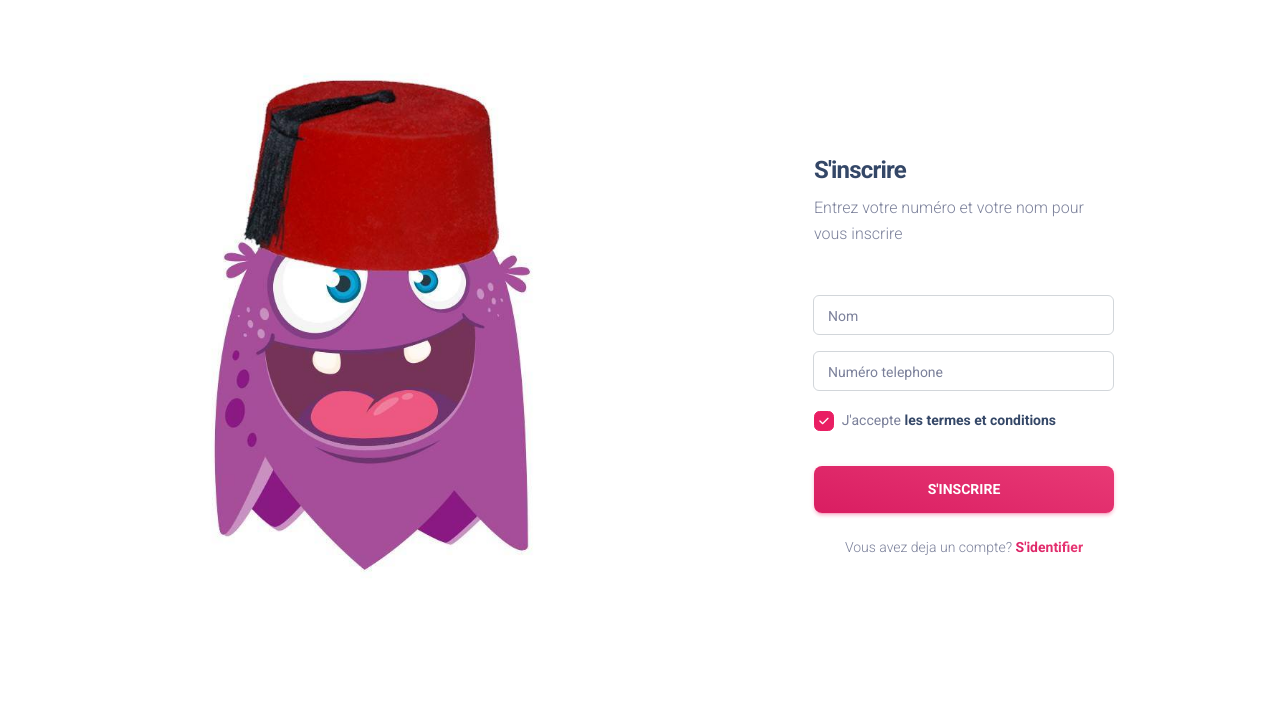
Repository: mohamedaliamri/atlasweb
Page: http://localhost/atlasweb/material-dashboard-master/pages/sign-up.jsp
These files come from the project's save history. The page is drawn as it stood at one moment and after the next save; the edit follows.
The browser window is 1280 px wide. The pictures show the whole page.
Some web libraries are served in a nearby version. The page is served by Tomcat 9. Other server files are loaded and not shown.

Above is the page before, as saved 2022-04-09 19:57:24.

### atlasweb/src/main/webapp/material-dashboard-master/pages/sign-up.jsp
<%@ page language="java" contentType="text/html; charset=UTF-8"
    pageEncoding="UTF-8"%>

<!DOCTYPE html>
<html lang="en">

<head>
  <meta charset="utf-8" />
  <meta name="viewport" content="width=device-width, initial-scale=1, shrink-to-fit=no">
  <link rel="apple-touch-icon" sizes="76x76" href="../assets/img/apple-icon.png">
  <link rel="icon" type="image/png" href="../assets/img/favicon.png">
  <title>
    ATLAS WORLD
  </title>
  <!--     Fonts and icons     -->
  <link rel="stylesheet" type="text/css" href="https://fonts.googleapis.com/css?family=Roboto:300,400,500,700,900|Roboto+Slab:400,700" />
  <!-- Nucleo Icons -->
  <link href="../assets/css/nucleo-icons.css" rel="stylesheet" />
  <link href="../assets/css/nucleo-svg.css" rel="stylesheet" />
  <!-- Font Awesome Icons -->
  <script src="https://kit.fontawesome.com/42d5adcbca.js" crossorigin="anonymous"></script>
  <!-- Material Icons -->
  <link href="https://fonts.googleapis.com/icon?family=Material+Icons+Round" rel="stylesheet">
  <!-- CSS Files -->
  <link id="pagestyle" href="../assets/css/material-dashboard.css?v=3.0.1" rel="stylesheet" />
</head>

<body class="">
  <div class="container position-sticky z-index-sticky top-0">
    <div class="row">
      <div class="col-12">
      </div>
    </div>
  </div>
  <main class="main-content  mt-0">
    <section>
      <div class="page-header min-vh-100">
        <div class="container">
          <div class="row">
            <div class="col-6 d-lg-flex d-none h-100 my-auto pe-0 position-absolute top-0 start-0 text-center justify-content-center flex-column">
              <div class="position-relative bg-gradient-primary h-100 m-3 px-7 border-radius-lg d-flex flex-column justify-content-center" style="background-image: url('../assets/img/illustrations/signup.jpg'); background-size: cover;">
              </div>
            </div>
            <div class="col-xl-4 col-lg-5 col-md-7 d-flex flex-column ms-auto me-auto ms-lg-auto me-lg-5">
              <div class="card card-plain">
                <div class="card-header">
                  <h4 class="font-weight-bolder">S'inscrire</h4>
                  <p class="mb-0">Entrez votre numéro et votre nom pour vous inscrire</p>
                </div>
                <div class="card-body">
                  <form role="form" method="post" action="http://localhost:8080/atlasweb/add">
                    <div class="input-group input-group-outline mb-3">
                      <label class="form-label">Nom</label>
                      <input type="text" class="form-control" name="name">
                    </div>
                    <div class="input-group input-group-outline mb-3">
                      <label class="form-label">Numéro telephone</label>
                      <input type="text" class="form-control" maxlength="8" name="phonenumber">
                    </div>
                    <div class="form-check form-check-info text-start ps-0">
                      <input class="form-check-input" type="checkbox" value="" id="flexCheckDefault" checked>
                      <label class="form-check-label" for="flexCheckDefault">
                        J'accepte <a href="javascript:;" class="text-dark font-weight-bolder">les termes et conditions</a>
                      </label>
                    </div>
                    <div class="text-center">
                      <button type="submit" class="btn btn-lg bg-gradient-primary btn-lg w-100 mt-4 mb-0" name="method" value="signup">S'inscrire</button>
                    </div>
                  </form>
                </div>
                <div class="card-footer text-center pt-0 px-lg-2 px-1">
                  <p class="mb-2 text-sm mx-auto">
                    Vous avez deja un compte?
                    <a href="../pages/sign-in.jsp" class="text-primary text-gradient font-weight-bold">S'identifier</a>
                  </p>
                </div>
              </div>
            </div>
          </div>
        </div>
      </div>
    </section>
  </main>
  <!--   Core JS Files   -->
  <script src="../assets/js/core/popper.min.js"></script>
  <script src="../assets/js/core/bootstrap.min.js"></script>
  <script src="../assets/js/plugins/perfect-scrollbar.min.js"></script>
  <script src="../assets/js/plugins/smooth-scrollbar.min.js"></script>
  <script>
    var win = navigator.platform.indexOf('Win') > -1;
    if (win && document.querySelector('#sidenav-scrollbar')) {
      var options = {
        damping: '0.5'
      }
      Scrollbar.init(document.querySelector('#sidenav-scrollbar'), options);
    }
  </script>
  <!-- Github buttons -->
  <script async defer src="https://buttons.github.io/buttons.js"></script>
  <!-- Control Center for Material Dashboard: parallax effects, scripts for the example pages etc -->
  <script src="../assets/js/material-dashboard.min.js?v=3.0.1"></script>
</body>

</html>

### atlasweb/src/main/webapp/material-dashboard-master/assets/css/nucleo-icons.css
/*--------------------------------

hermes-dashboard-icons Web Font - built using nucleoapp.com
License - nucleoapp.com/license/

-------------------------------- */
@font-face {
  font-family: 'NucleoIcons';
  src: url('../fonts/nucleo-icons.eot');
  src: url('../fonts/nucleo-icons.eot') format('embedded-opentype'), url('../fonts/nucleo-icons.woff2') format('woff2'), url('../fonts/nucleo-icons.woff') format('woff'), url('../fonts/nucleo-icons.ttf') format('truetype'), url('../fonts/nucleo-icons.svg') format('svg');
  font-weight: normal;
  font-style: normal;
}

/*------------------------
    base class definition
-------------------------*/
.ni {
  display: inline-block;
  font: normal normal normal 14px/1 NucleoIcons;
  font-size: inherit;
  text-rendering: auto;
  -webkit-font-smoothing: antialiased;
  -moz-osx-font-smoothing: grayscale;
}

/*------------------------
  change icon size
-------------------------*/
.ni-lg {
  font-size: 1.33333333em;
  line-height: 0.75em;
  vertical-align: -15%;
}

.ni-2x {
  font-size: 2em;
}

.ni-3x {
  font-size: 3em;
}

.ni-4x {
  font-size: 4em;
}

.ni-5x {
  font-size: 5em;
}

/*----------------------------------
  add a square/circle background
-----------------------------------*/
.ni.square,
.ni.circle {
  padding: 0.33333333em;
  vertical-align: -16%;
  background-color: #eee;
}

.ni.circle {
  border-radius: 50%;
}

/*------------------------
  list icons
-------------------------*/
.ni-ul {
  padding-left: 0;
  margin-left: 2.14285714em;
  list-style-type: none;
}

.ni-ul>li {
  position: relative;
}

.ni-ul>li>.ni {
  position: absolute;
  left: -1.57142857em;
  top: 0.14285714em;
  text-align: center;
}

.ni-ul>li>.ni.lg {
  top: 0;
  left: -1.35714286em;
}

.ni-ul>li>.ni.circle,
.ni-ul>li>.ni.square {
  top: -0.19047619em;
  left: -1.9047619em;
}

/*------------------------
  spinning icons
-------------------------*/
.ni.spin {
  -webkit-animation: nc-spin 2s infinite linear;
  -moz-animation: nc-spin 2s infinite linear;
  animation: nc-spin 2s infinite linear;
}

@-webkit-keyframes nc-spin {
  0% {
    -webkit-transform: rotate(0deg);
  }

  100% {
    -webkit-transform: rotate(360deg);
  }
}

@-moz-keyframes nc-spin {
  0% {
    -moz-transform: rotate(0deg);
  }

  100% {
    -moz-transform: rotate(360deg);
  }
}

@keyframes nc-spin {
  0% {
    -webkit-transform: rotate(0deg);
    -moz-transform: rotate(0deg);
    -ms-transform: rotate(0deg);
    -o-transform: rotate(0deg);
    transform: rotate(0deg);
  }

  100% {
    -webkit-transform: rotate(360deg);
    -moz-transform: rotate(360deg);
    -ms-transform: rotate(360deg);
    -o-transform: rotate(360deg);
    transform: rotate(360deg);
  }
}

/*------------------------
  rotated/flipped icons
-------------------------*/
.ni.rotate-90 {
  filter: progid:DXImageTransform.Microsoft.BasicImage(rotation=1);
  -webkit-transform: rotate(90deg);
  -moz-transform: rotate(90deg);
  -ms-transform: rotate(90deg);
  -o-transform: rotate(90deg);
  transform: rotate(90deg);
}

.ni.rotate-180 {
  filter: progid:DXImageTransform.Microsoft.BasicImage(rotation=2);
  -webkit-transform: rotate(180deg);
  -moz-transform: rotate(180deg);
  -ms-transform: rotate(180deg);
  -o-transform: rotate(180deg);
  transform: rotate(180deg);
}

.ni.rotate-270 {
  filter: progid:DXImageTransform.Microsoft.BasicImage(rotation=3);
  -webkit-transform: rotate(270deg);
  -moz-transform: rotate(270deg);
  -ms-transform: rotate(270deg);
  -o-transform: rotate(270deg);
  transform: rotate(270deg);
}

.ni.flip-y {
  filter: progid:DXImageTransform.Microsoft.BasicImage(rotation=0);
  -webkit-transform: scale(-1, 1);
  -moz-transform: scale(-1, 1);
  -ms-transform: scale(-1, 1);
  -o-transform: scale(-1, 1);
  transform: scale(-1, 1);
}

.ni.flip-x {
  filter: progid:DXImageTransform.Microsoft.BasicImage(rotation=2);
  -webkit-transform: scale(1, -1);
  -moz-transform: scale(1, -1);
  -ms-transform: scale(1, -1);
  -o-transform: scale(1, -1);
  transform: scale(1, -1);
}

/*------------------------
    font icons
-------------------------*/

.ni-active-40::before {
  content: "\ea02";
}

.ni-air-baloon::before {
  content: "\ea03";
}

.ni-album-2::before {
  content: "\ea04";
}

.ni-align-center::before {
  content: "\ea05";
}

.ni-align-left-2::before {
  content: "\ea06";
}

.ni-ambulance::before {
  content: "\ea07";
}

.ni-app::before {
  content: "\ea08";
}

.ni-archive-2::before {
  content: "\ea09";
}

.ni-atom::before {
  content: "\ea0a";
}

.ni-badge::before {
  content: "\ea0b";
}

.ni-bag-17::before {
  content: "\ea0c";
}

.ni-basket::before {
  content: "\ea0d";
}

.ni-bell-55::before {
  content: "\ea0e";
}

.ni-bold-down::before {
  content: "\ea0f";
}

.ni-bold-left::before {
  content: "\ea10";
}

.ni-bold-right::before {
  content: "\ea11";
}

.ni-bold-up::before {
  content: "\ea12";
}

.ni-bold::before {
  content: "\ea13";
}

.ni-book-bookmark::before {
  content: "\ea14";
}

.ni-books::before {
  content: "\ea15";
}

.ni-box-2::before {
  content: "\ea16";
}

.ni-briefcase-24::before {
  content: "\ea17";
}

.ni-building::before {
  content: "\ea18";
}

.ni-bulb-61::before {
  content: "\ea19";
}

.ni-bullet-list-67::before {
  content: "\ea1a";
}

.ni-bus-front-12::before {
  content: "\ea1b";
}

.ni-button-pause::before {
  content: "\ea1c";
}

.ni-button-play::before {
  content: "\ea1d";
}

.ni-button-power::before {
  content: "\ea1e";
}

.ni-calendar-grid-58::before {
  content: "\ea1f";
}

.ni-camera-compact::before {
  content: "\ea20";
}

.ni-caps-small::before {
  content: "\ea21";
}

.ni-cart::before {
  content: "\ea22";
}

.ni-chart-bar-32::before {
  content: "\ea23";
}

.ni-chart-pie-35::before {
  content: "\ea24";
}

.ni-chat-round::before {
  content: "\ea25";
}

.ni-check-bold::before {
  content: "\ea26";
}

.ni-circle-08::before {
  content: "\ea27";
}

.ni-cloud-download-95::before {
  content: "\ea28";
}

.ni-cloud-upload-96::before {
  content: "\ea29";
}

.ni-compass-04::before {
  content: "\ea2a";
}

.ni-controller::before {
  content: "\ea2b";
}

.ni-credit-card::before {
  content: "\ea2c";
}

.ni-curved-next::before {
  content: "\ea2d";
}

.ni-delivery-fast::before {
  content: "\ea2e";
}

.ni-diamond::before {
  content: "\ea2f";
}

.ni-email-83::before {
  content: "\ea30";
}

.ni-fat-add::before {
  content: "\ea31";
}

.ni-fat-delete::before {
  content: "\ea32";
}

.ni-fat-remove::before {
  content: "\ea33";
}

.ni-favourite-28::before {
  content: "\ea34";
}

.ni-folder-17::before {
  content: "\ea35";
}

.ni-glasses-2::before {
  content: "\ea36";
}

.ni-hat-3::before {
  content: "\ea37";
}

.ni-headphones::before {
  content: "\ea38";
}

.ni-html5::before {
  content: "\ea39";
}

.ni-istanbul::before {
  content: "\ea3a";
}

.ni-key-25::before {
  content: "\ea3b";
}

.ni-laptop::before {
  content: "\ea3c";
}

.ni-like-2::before {
  content: "\ea3d";
}

.ni-lock-circle-open::before {
  content: "\ea3e";
}

.ni-map-big::before {
  content: "\ea3f";
}

.ni-mobile-button::before {
  content: "\ea40";
}

.ni-money-coins::before {
  content: "\ea41";
}

.ni-note-03::before {
  content: "\ea42";
}

.ni-notification-70::before {
  content: "\ea43";
}

.ni-palette::before {
  content: "\ea44";
}

.ni-paper-diploma::before {
  content: "\ea45";
}

.ni-pin-3::before {
  content: "\ea46";
}

.ni-planet::before {
  content: "\ea47";
}

.ni-ruler-pencil::before {
  content: "\ea48";
}

.ni-satisfied::before {
  content: "\ea49";
}

.ni-scissors::before {
  content: "\ea4a";
}

.ni-send::before {
  content: "\ea4b";
}

.ni-settings-gear-65::before {
  content: "\ea4c";
}

.ni-settings::before {
  content: "\ea4d";
}

.ni-single-02::before {
  content: "\ea4e";
}

.ni-single-copy-04::before {
  content: "\ea4f";
}

.ni-sound-wave::before {
  content: "\ea50";
}

.ni-spaceship::before {
  content: "\ea51";
}

.ni-square-pin::before {
  content: "\ea52";
}

.ni-support-16::before {
  content: "\ea53";
}

.ni-tablet-button::before {
  content: "\ea54";
}

.ni-tag::before {
  content: "\ea55";
}

.ni-tie-bow::before {
  content: "\ea56";
}

.ni-time-alarm::before {
  content: "\ea57";
}

.ni-trophy::before {
  content: "\ea58";
}

.ni-tv-2::before {
  content: "\ea59";
}

.ni-umbrella-13::before {
  content: "\ea5a";
}

.ni-user-run::before {
  content: "\ea5b";
}

.ni-vector::before {
  content: "\ea5c";
}

.ni-watch-time::before {
  content: "\ea5d";
}

.ni-world::before {
  content: "\ea5e";
}

.ni-zoom-split-in::before {
  content: "\ea5f";
}

.ni-collection::before {
  content: "\ea60";
}

.ni-image::before {
  content: "\ea61";
}

.ni-shop::before {
  content: "\ea62";
}

.ni-ungroup::before {
  content: "\ea63";
}

.ni-world-2::before {
  content: "\ea64";
}

.ni-ui-04::before {
  content: "\ea65";
}


/* all icon font classes list here */

### atlasweb/src/main/webapp/material-dashboard-master/assets/css/nucleo-svg.css
/* Generated using nucleoapp.com */
/* --------------------------------

Icon colors

-------------------------------- */

.icon {
  display: inline-block;
  /* icon primary color */
  color: #111111;
  height: 1em;
  width: 1em;
}

.icon use {
  /* icon secondary color - fill */
  fill: #7ea6f6;
}

.icon.icon-outline use {
  /* icon secondary color - stroke */
  stroke: #7ea6f6;
}

/* --------------------------------

Change icon size

-------------------------------- */

.icon-xs {
  height: 0.5em;
  width: 0.5em;
}

.icon-sm {
  height: 0.8em;
  width: 0.8em;
}

.icon-lg {
  height: 1.6em;
  width: 1.6em;
}

.icon-xl {
  height: 2em;
  width: 2em;
}

/* --------------------------------

Align icon and text

-------------------------------- */

.icon-text-aligner {
  /* add this class to parent element that contains icon + text */
  display: flex;
  align-items: center;
}

.icon-text-aligner .icon {
  color: inherit;
  margin-right: 0.4em;
}

.icon-text-aligner .icon use {
  color: inherit;
  fill: currentColor;
}

.icon-text-aligner .icon.icon-outline use {
  stroke: currentColor;
}

/* --------------------------------

Icon reset values - used to enable color customizations

-------------------------------- */

.icon {
  fill: currentColor;
  stroke: none;
}

.icon.icon-outline {
  fill: none;
  stroke: currentColor;
}

.icon use {
  stroke: none;
}

.icon.icon-outline use {
  fill: none;
}

/* --------------------------------

Stroke effects - Nucleo outline icons

- 16px icons -> up to 1px stroke (16px outline icons do not support stroke changes)
- 24px, 32px icons -> up to 2px stroke
- 48px, 64px icons -> up to 4px stroke

-------------------------------- */

.icon-outline.icon-stroke-1 {
  stroke-width: 1px;
}

.icon-outline.icon-stroke-2 {
  stroke-width: 2px;
}

.icon-outline.icon-stroke-3 {
  stroke-width: 3px;
}

.icon-outline.icon-stroke-4 {
  stroke-width: 4px;
}

.icon-outline.icon-stroke-1 use,
.icon-outline.icon-stroke-3 use {
  -webkit-transform: translateX(0.5px) translateY(0.5px);
  -moz-transform: translateX(0.5px) translateY(0.5px);
  -ms-transform: translateX(0.5px) translateY(0.5px);
  -o-transform: translateX(0.5px) translateY(0.5px);
  transform: translateX(0.5px) translateY(0.5px);
}

Loaded but not shown: atlasweb/src/main/webapp/material-dashboard-master/assets/css/material-dashboard.css (library); atlasweb/src/main/webapp/material-dashboard-master/assets/js/core/popper.min.js (library); atlasweb/src/main/webapp/material-dashboard-master/assets/js/core/bootstrap.min.js (library); atlasweb/src/main/webapp/material-dashboard-master/assets/js/plugins/perfect-scrollbar.min.js (library); atlasweb/src/main/webapp/material-dashboard-master/assets/js/plugins/smooth-scrollbar.min.js (library); atlasweb/src/main/webapp/material-dashboard-master/assets/js/material-dashboard.min.js (library)

After the next save:
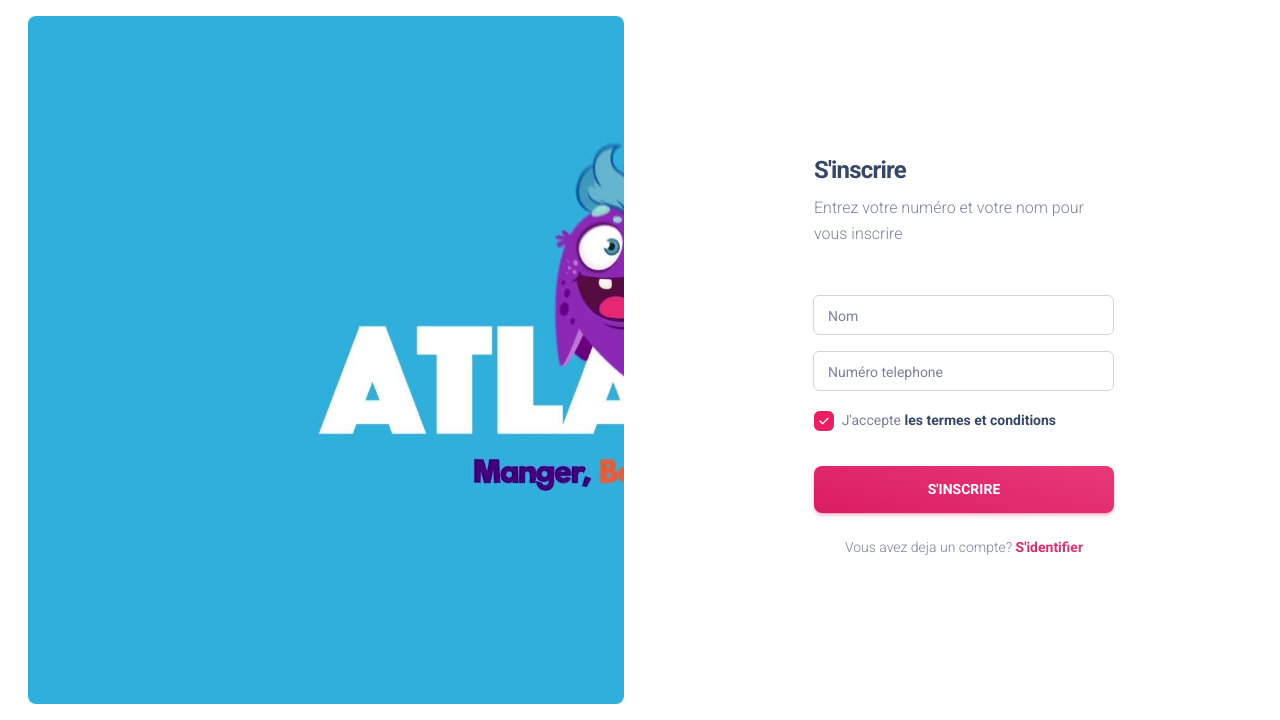
Saved 12 s later.
--- a/atlasweb/src/main/webapp/material-dashboard-master/pages/sign-up.jsp
+++ b/atlasweb/src/main/webapp/material-dashboard-master/pages/sign-up.jsp
@@ -38,7 +38,7 @@
         <div class="container">
           <div class="row">
             <div class="col-6 d-lg-flex d-none h-100 my-auto pe-0 position-absolute top-0 start-0 text-center justify-content-center flex-column">
-              <div class="position-relative bg-gradient-primary h-100 m-3 px-7 border-radius-lg d-flex flex-column justify-content-center" style="background-image: url('../assets/img/illustrations/signup.jpg'); background-size: cover;">
+              <div class="position-relative bg-gradient-primary h-100 m-3 px-7 border-radius-lg d-flex flex-column justify-content-center" style="background-image: url('../assets/img/illustrations/signup2.jpg'); background-size: cover;">
               </div>
             </div>
             <div class="col-xl-4 col-lg-5 col-md-7 d-flex flex-column ms-auto me-auto ms-lg-auto me-lg-5">
